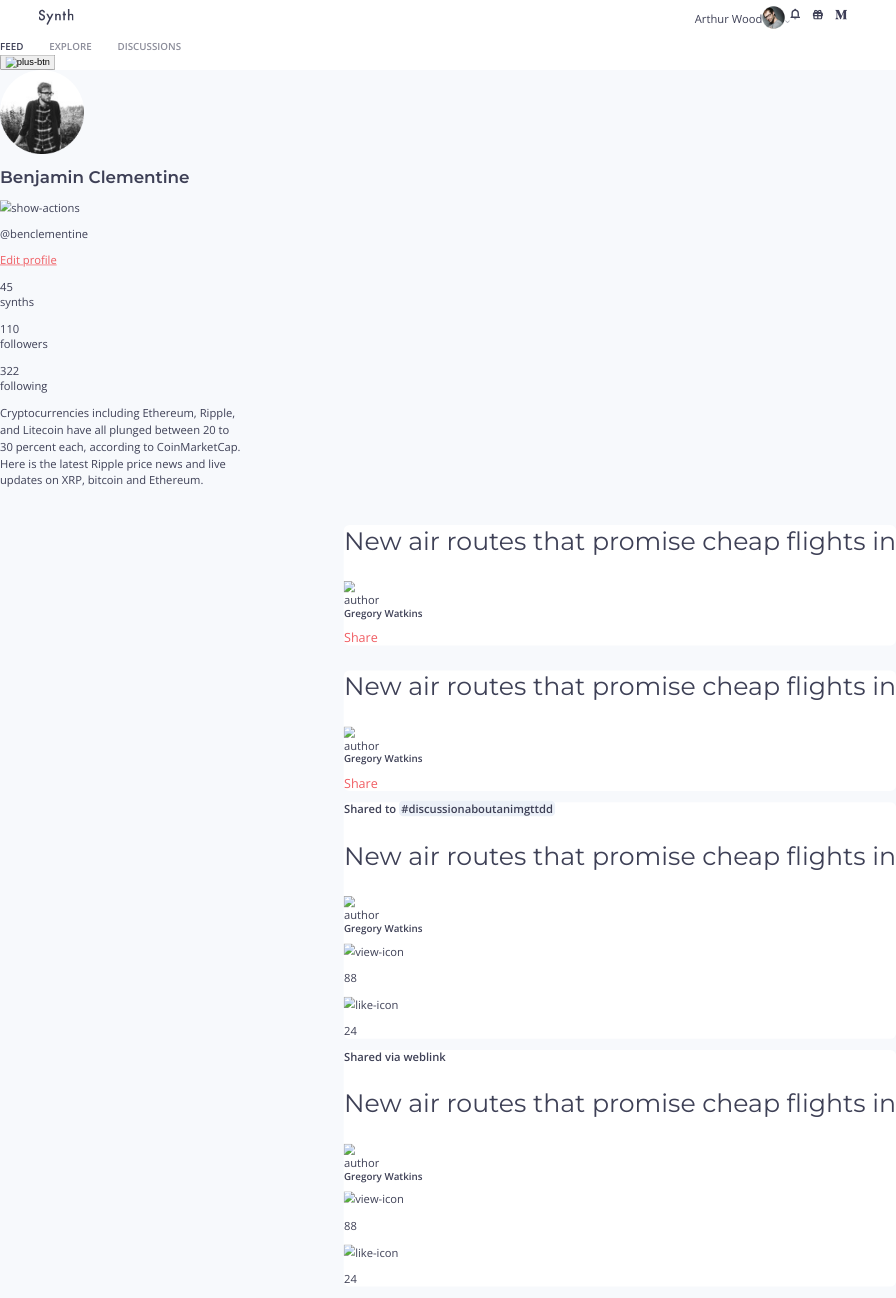
Repository: ecspetra/swivl-test-task
Page: index.html
The author's editor kept a copy of each file at every save. The page is drawn from the files as they stood at one save, then again after the next save.
The browser window is 1280 px wide. The pictures show the whole page, at 70% of full size.
The style sheet was rebuilt from its Sass, Less or Tailwind sources for each picture, by a compiler version that may differ from the author's.

Above is the page before, as saved 2021-12-09 22:22:46.

After the next save:
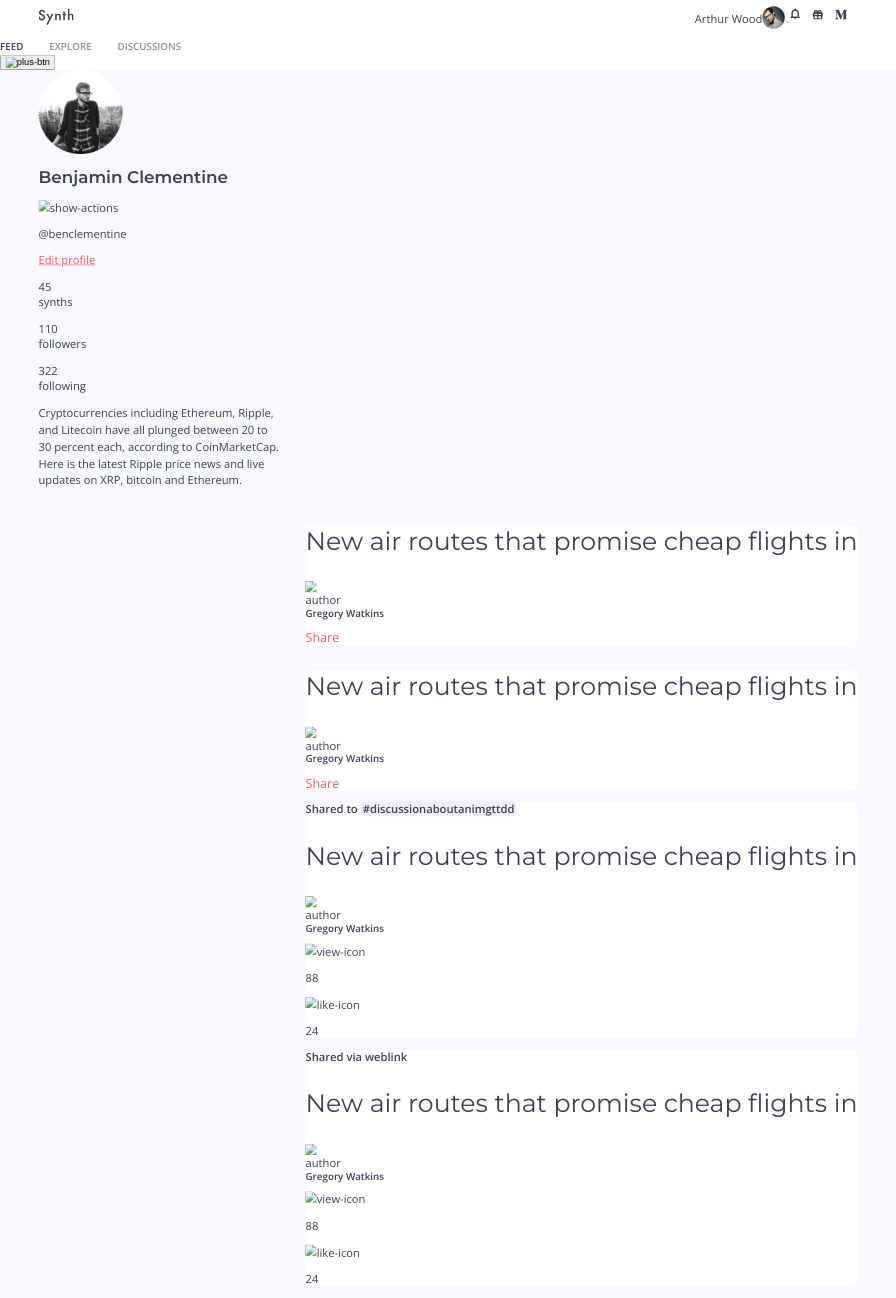
Saved 31 s later.
--- a/scss/style.scss
+++ b/scss/style.scss
@@ -151,6 +151,9 @@ ul {
 .header__btn {
 }
 .profile {
+  max-width: 1218px;
+  padding: 0 24px;
+  margin: 0 auto;
   display: grid;
   grid-template-columns: 350px 1fr;
   grid-template-rows: auto auto;
